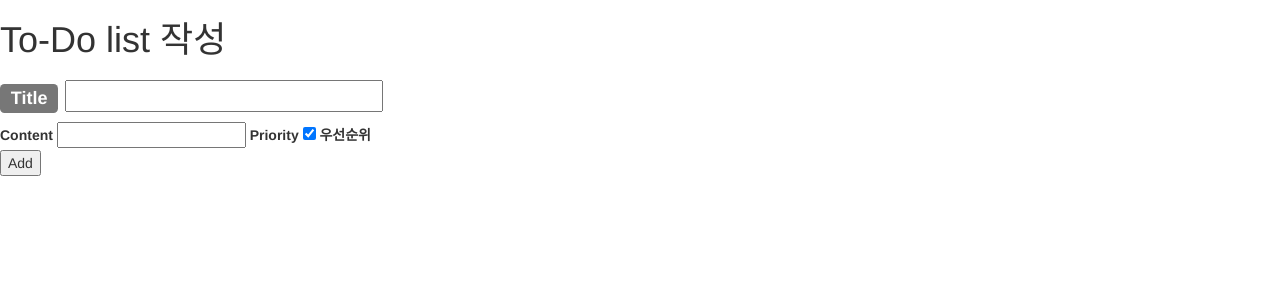
Repository: qudgns200/Toy_01_ToDoList
Page: http://localhost/ToDoList/jsp/writeForm.jsp
An editor plug-in stored every save of this project. The page is shown before and after the next save, followed by the edit.
The browser window is 1280 px wide. The pictures show the whole page.
The page is served by Tomcat 9. Nobody is signed in. The application's start-up code is not run.

Above is the page before, as saved 2019-11-07 04:40:39.
Console error (its wording comes from the project's code and is left out).

After the next save:
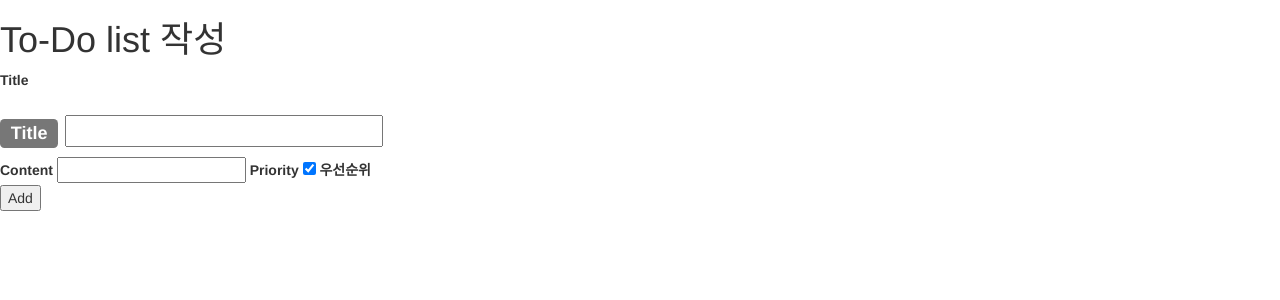
Saved 16 s later.
--- a/ToDoList/WebContent/jsp/writeForm.jsp
+++ b/ToDoList/WebContent/jsp/writeForm.jsp
@@ -15,7 +15,9 @@
 <body>
 	<h1>To-Do list 작성</h1>
 	<form method="post" action="write.do">
-		<div class="form-group"></div>
+		<div class="form-group">
+			<label for="title">Title</label>
+		</div>
 		<h3>
 			<span class="label label-default">Title</span> <span><input
 				type="text" name="title" id="title" /></span>
